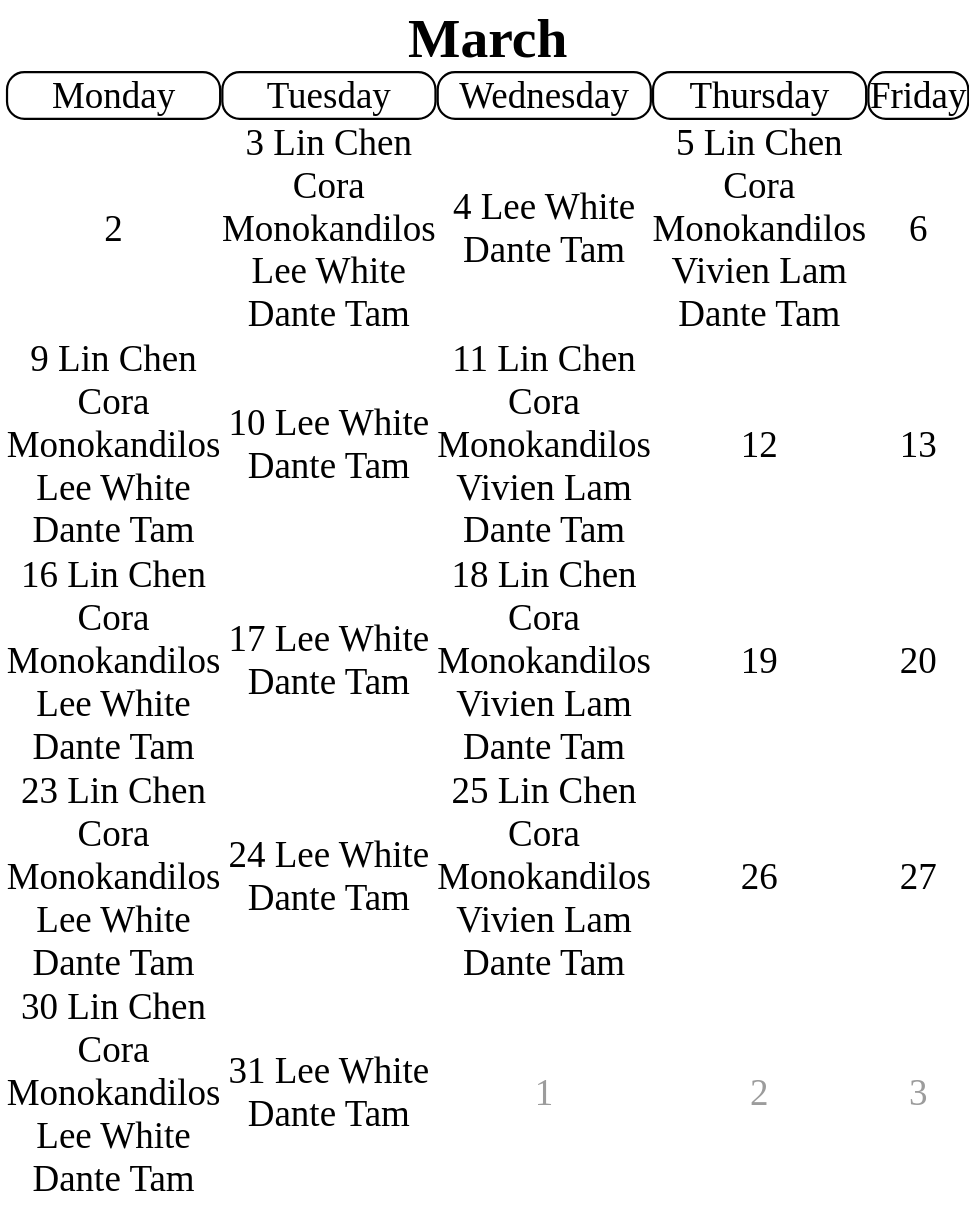
Repository: shleewhite/missionBitCalendar
Page: views/mar.html
The author's editor kept a record of every edit. The page is drawn from the files as they stood at one moment, then again after the next edit.
The browser window is 1280 px wide. The page is 1310 px wide, so the pictures cover 1310 px, including what lies to the right of the window. The pictures show the whole page, at 74% of full size.

Above is the page before.

### views/mar.html
<article id="mar">
<html>
    <link rel="stylesheet" type="text/css" href="main.css">
    <head></head>
    <body>
        <table id="monthTable">
                <th class="monthHeader" colspan="5">March</th>
            <tr>
                <td class="weekday">Monday</td>
                <td class="weekday">Tuesday</td>
                <td class="weekday">Wednesday</td>
                <td class="weekday">Thursday</td>
                <td class="weekday">Friday</td>
            </tr>
            <tr>
                <td>2</td>
                <td>3 Lin Chen<br>Cora Monokandilos<br>Lee White<br>Dante Tam</td>
                <td>4 Lee White<br>Dante Tam</td>
                <td>5 Lin Chen<br>Cora Monokandilos<br>Vivien Lam<br>Dante Tam</td>
                <td>6</td>
            </tr>
            <tr>
                <td>9 Lin Chen<br>Cora Monokandilos<br>Lee White<br>Dante Tam</td>
                <td>10 Lee White<br>Dante Tam</td>
                <td>11 Lin Chen<br>Cora Monokandilos<br>Vivien Lam<br>Dante Tam</td>
                <td>12</td>
                <td>13</td>
            </tr>
            <tr>
                <td>16 Lin Chen<br>Cora Monokandilos<br>Lee White<br>Dante Tam</td>
                <td>17 Lee White<br>Dante Tam</td>
                <td>18 Lin Chen<br>Cora Monokandilos<br>Vivien Lam<br>Dante Tam</td>
                <td>19</td>
                <td>20</td>
            </tr>
            <tr>
                <td>23 Lin Chen<br>Cora Monokandilos<br>Lee White<br>Dante Tam</td>
                <td>24 Lee White<br>Dante Tam</td>
                <td>25 Lin Chen<br>Cora Monokandilos<br>Vivien Lam<br>Dante Tam</td>
                <td>26</td>
                <td>27</td>
            </tr>
            <tr>
                <td>30 Lin Chen<br>Cora Monokandilos<br>Lee White<br>Dante Tam</td>
                <td>31 Lee White<br>Dante Tam</td>
                <td class="nextMonth">1</td>
                <td class="nextMonth">2</td>
                <td class="nextMonth">3</td>
            </tr>
        </table>
    </body>
</html>

### views/main.css
table {
    text-align: center;
    font-size: 50px;
    width: 100%;
    height: 700px;
    border-spacing: 50px 20px;

}
table th {
    text-align: center;
}
#year{
    /*font-family: 'Lobster', cursive;*/
    font-size: 100px;
}
.month{
    border-collapse: separate;
    border-color: #000000;
    border-radius: 25px;
    border-style: double;

    border-top-width: 15px;
    border-bottom-width: 15px;
    border-left-width: 15px;
    border-right-width: 15px;
    cursor: pointer;
}
.monthHeader {
    font-size: 75px;
    border-style: none;
}
.weekday {
    font-size: 50px;
    border-style: solid;
    border-radius: 25px;
}
#monthTable {
    border-spacing: 0px;
    border-color: #000000;
    border-radius: 25px;
    cursor: pointer;
    padding: 0px;
}
.days {
    font-size: 20px;
    text-align: left;
    border-style: double;
}
.noOne {
    text-align: center;
}
.nextMonth {
    color: #9C9C9C;
}

After the next edit:
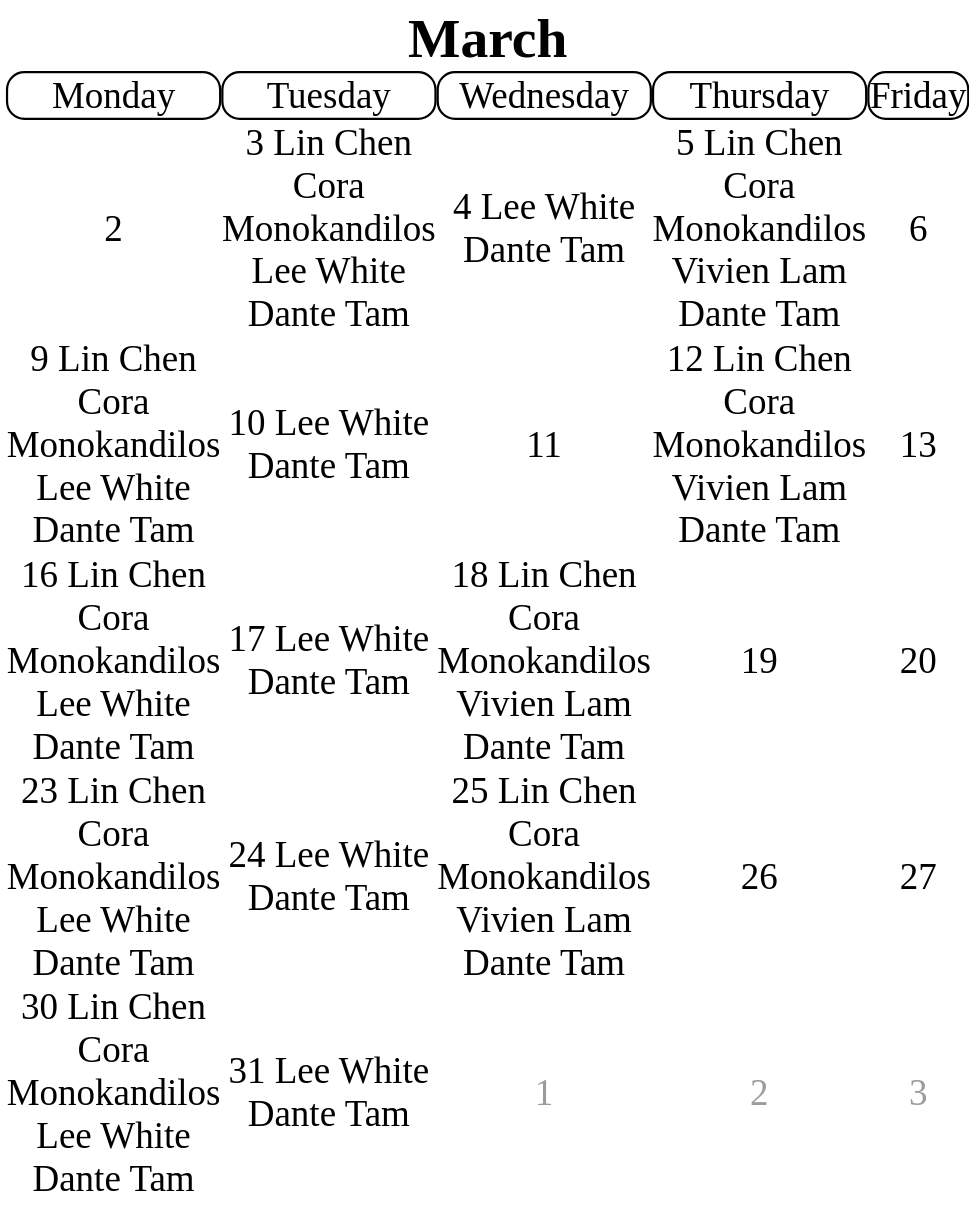
The edit:
--- a/views/mar.html
+++ b/views/mar.html
@@ -22,8 +22,8 @@
             <tr>
                 <td>9 Lin Chen<br>Cora Monokandilos<br>Lee White<br>Dante Tam</td>
                 <td>10 Lee White<br>Dante Tam</td>
-                <td>11 Lin Chen<br>Cora Monokandilos<br>Vivien Lam<br>Dante Tam</td>
-                <td>12</td>
+                <td>11</td>
+                <td>12 Lin Chen<br>Cora Monokandilos<br>Vivien Lam<br>Dante Tam</td>
                 <td>13</td>
             </tr>
             <tr>
